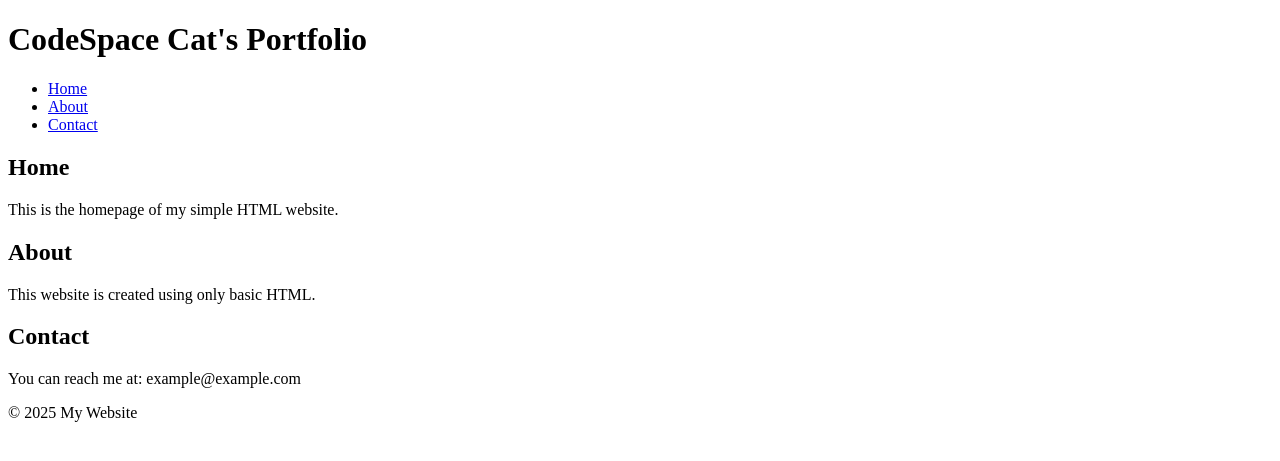
Repository: andajonas/Module_04_ANDJON25111_fto2502_A2_Anda-Jonas_SDF02
Page: index.html
An editor plug-in stored every save of this project. The page is shown before and after the next save, followed by the edit.
The browser window is 1280 px wide. The pictures show the whole page.

Above is the page before, as saved 2025-03-05 08:48:15.

After the next save:
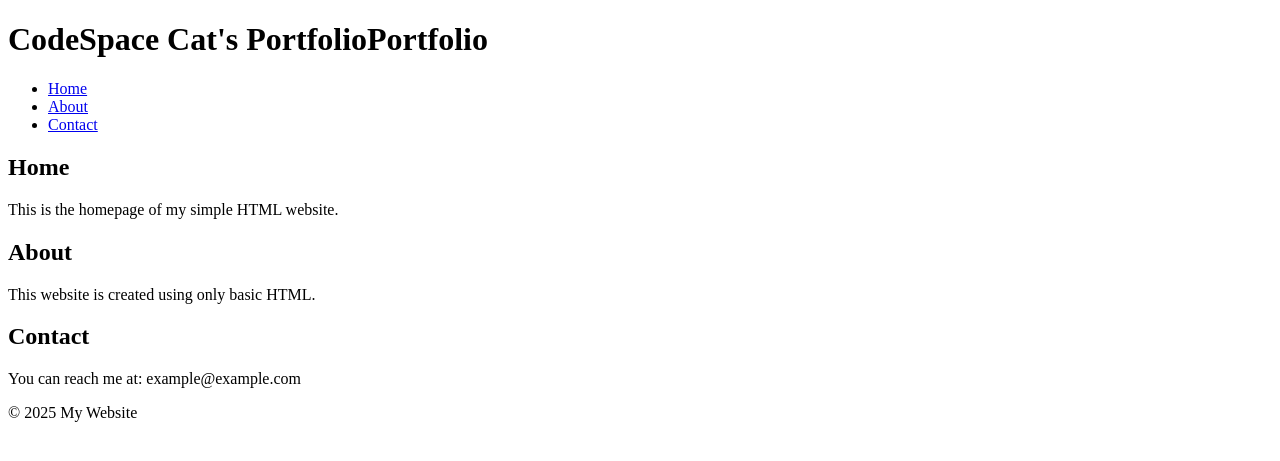
Saved 40 s later.
--- a/index.html
+++ b/index.html
@@ -4,7 +4,7 @@
 </head>
 <body>
     <header>
-        <h1>CodeSpace Cat's Portfolio</h1>
+        <h1>CodeSpace Cat's PortfolioPortfolio</h1>
     </header>
     <nav>
         <ul>

After the 2 saves that followed:
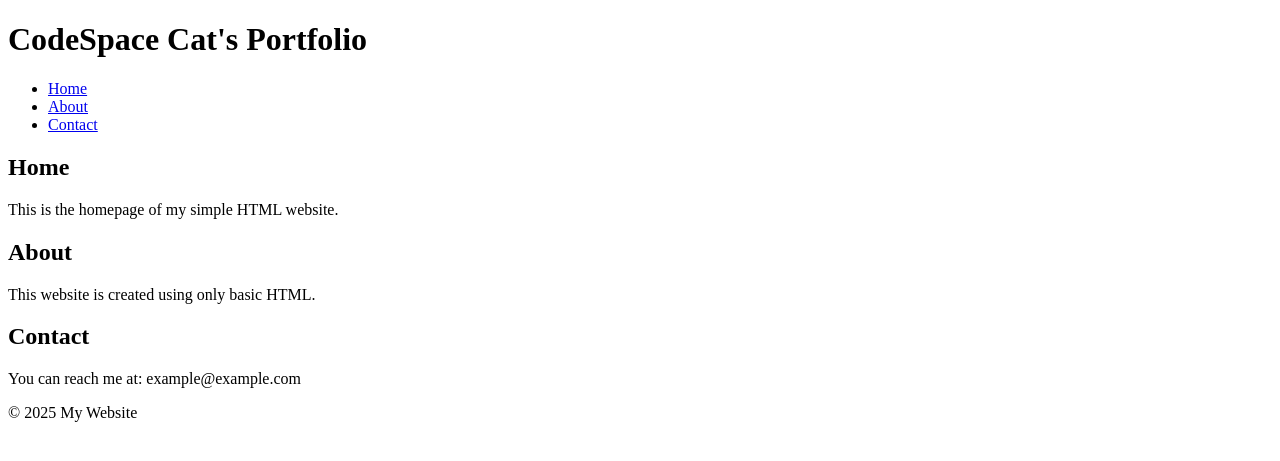
The 2 saves are shown as one change because they came seconds apart.
The last was saved 25 s later.
--- a/index.html
+++ b/index.html
@@ -4,7 +4,7 @@
 </head>
 <body>
     <header>
-        <h1>CodeSpace Cat's PortfolioPortfolio</h1>
+        <h1>CodeSpace Cat's Portfolio </h1>
     </header>
     <nav>
         <ul>
